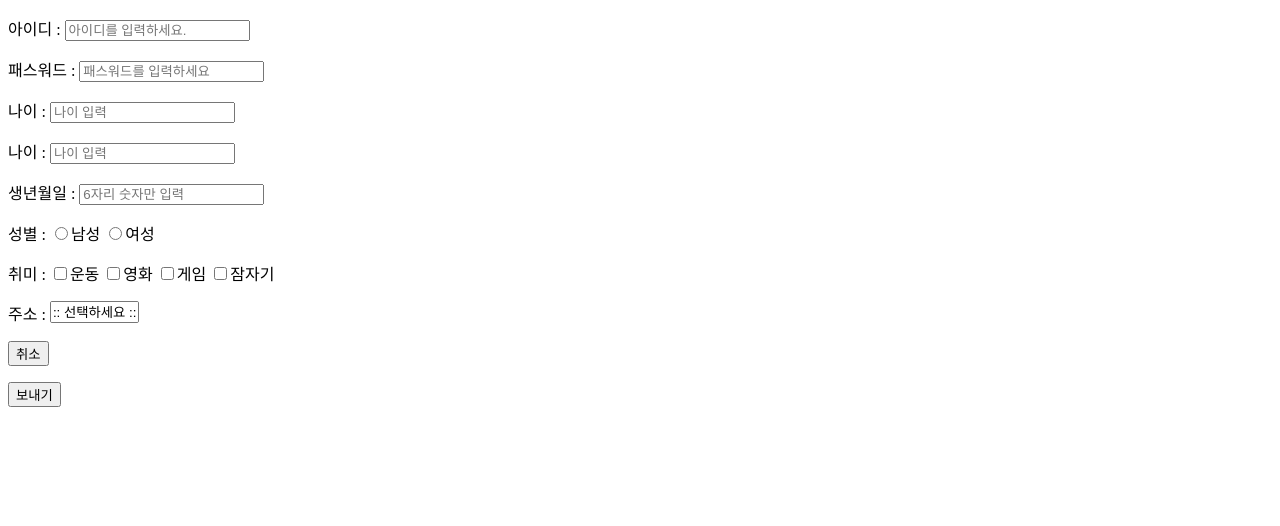
Repository: Kebiskim/2023_WebStudy
Page: 01_01_html/src/main/webapp/day04/Ex01_Form.html
These files come from the project's save history. The page is drawn as it stood at one moment and after the next save; the edit follows.
The browser window is 1280 px wide. The pictures show the whole page.

Above is the page before, as saved 2023-06-22 02:17:50.

After the next save:
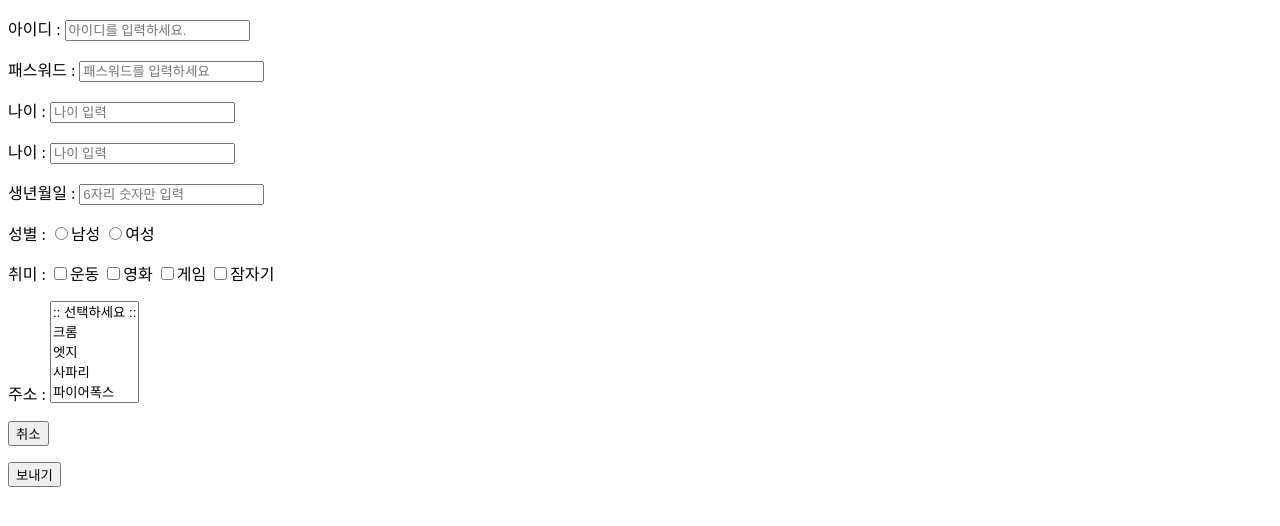
Saved 10 s later.
--- a/01_01_html/src/main/webapp/day04/Ex01_Form.html
+++ b/01_01_html/src/main/webapp/day04/Ex01_Form.html
@@ -85,7 +85,7 @@
 	 	</p>
 	 	<p> 주소 :
 		 	<!-- multiple => 여러개 선택 가능 -->
-	 		<select name="browser" multiple size="1">
+	 		<select name="browser" multiple size="5">
 	 			<option>:: 선택하세요 ::</option>
 	 			<option value="1">크롬</option>
 	 			<option value="2">엣지</option>
